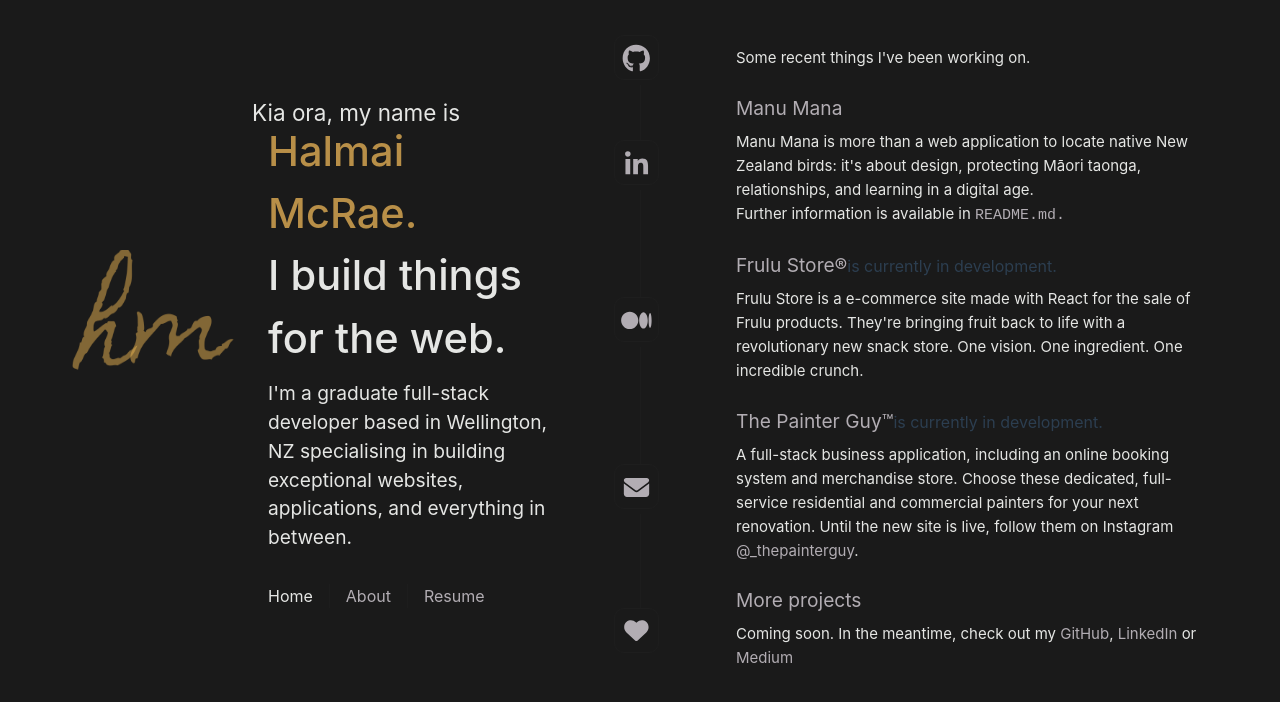
Repository: halmai-mcrae/halmai-vue-portfolio
Page: /
These files come from the project's save history. The page is drawn as it stood at one moment and after the next save; the edit follows.
The browser window is 1280 px wide. The pictures show the whole page.
The project was rebuilt for these pictures with package versions that can differ from the ones it lists, and the page was loaded fresh each time. Also part of the build but not shown: vite.config.ts.

Above is the page before, as saved 2022-09-07 21:04:57.

After the next save:
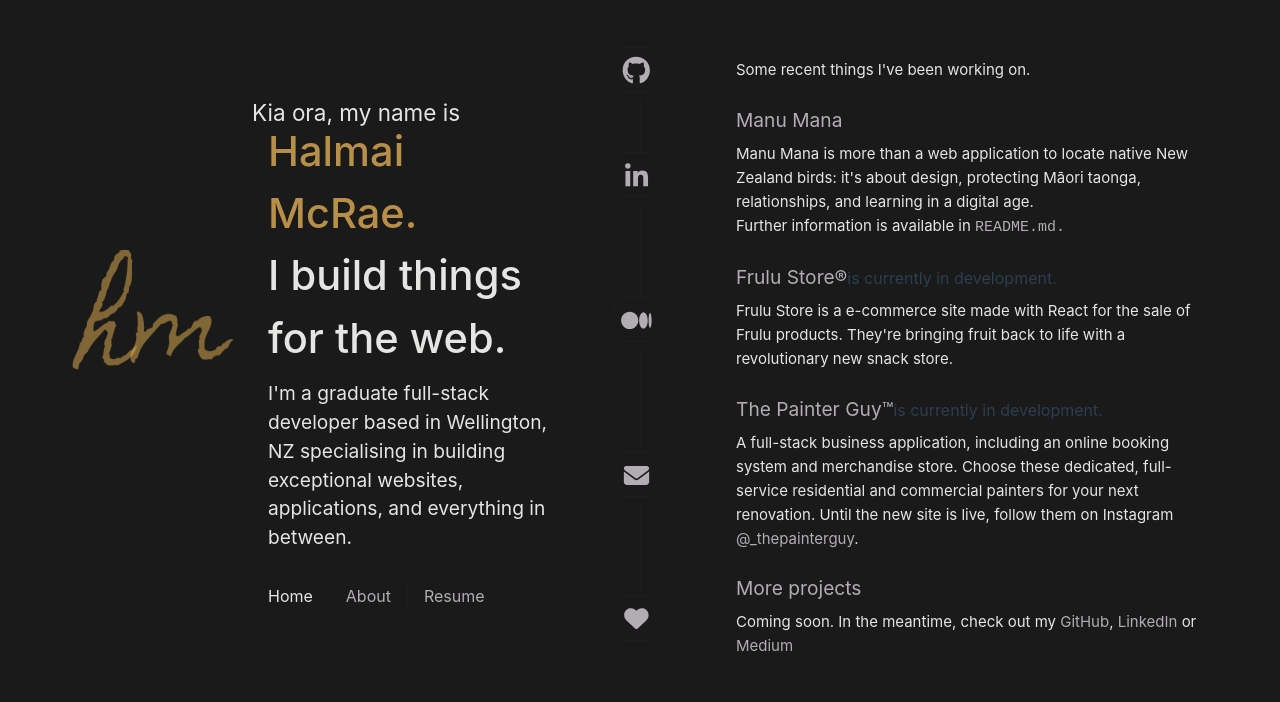
Saved 37 s later.
--- a/src/components/TheWelcome.vue
+++ b/src/components/TheWelcome.vue
@@ -62,8 +62,7 @@
     Frulu Store is a e-commerce site made with
     React for the sale of Frulu products. They're
     bringing fruit back to life with a
-    revolutionary new snack store. One vision. One
-    ingredient. One incredible crunch.
+    revolutionary new snack store.
   </WelcomeItem>
 
   <WelcomeItem>
